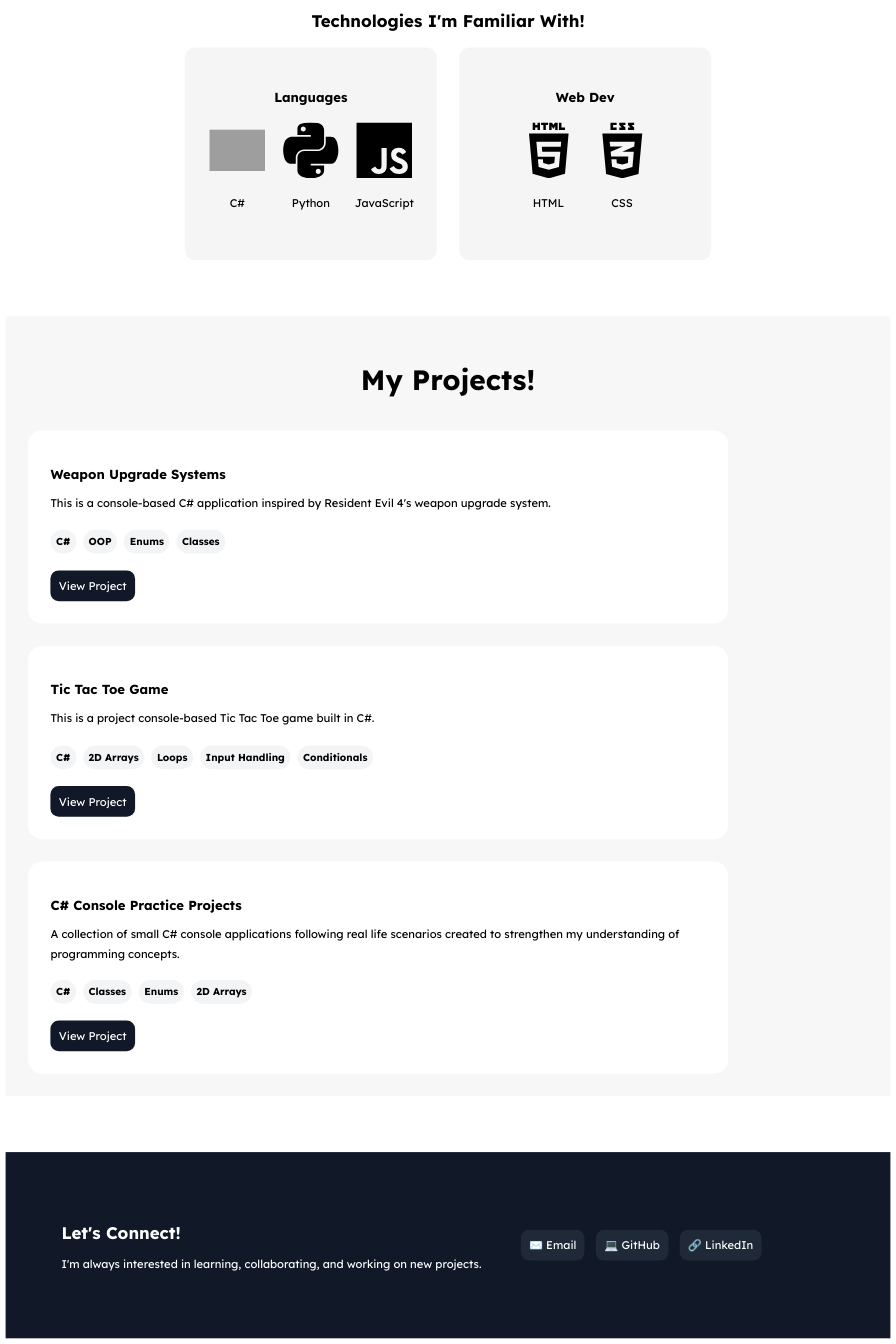
Repository: perrybalaba/perrybalaba
Page: index.html
The author's editor kept a copy of each file at every save. The page is drawn from the files as they stood at one save, then again after the next save.
The browser window is 1280 px wide. The pictures show the part of the page from y = 1207 to 3127 px (the page is 3127 px tall), at 70% of full size.
Pictures or frames that could not be fetched are drawn as grey boxes. A picture or video elsewhere on the page could not be fetched, so the positions and the page height are approximate. Some web fonts or font styles are not loaded; a fallback is used.

Above is the page before, as saved 2026-05-13 22:53:20.

After the next save:
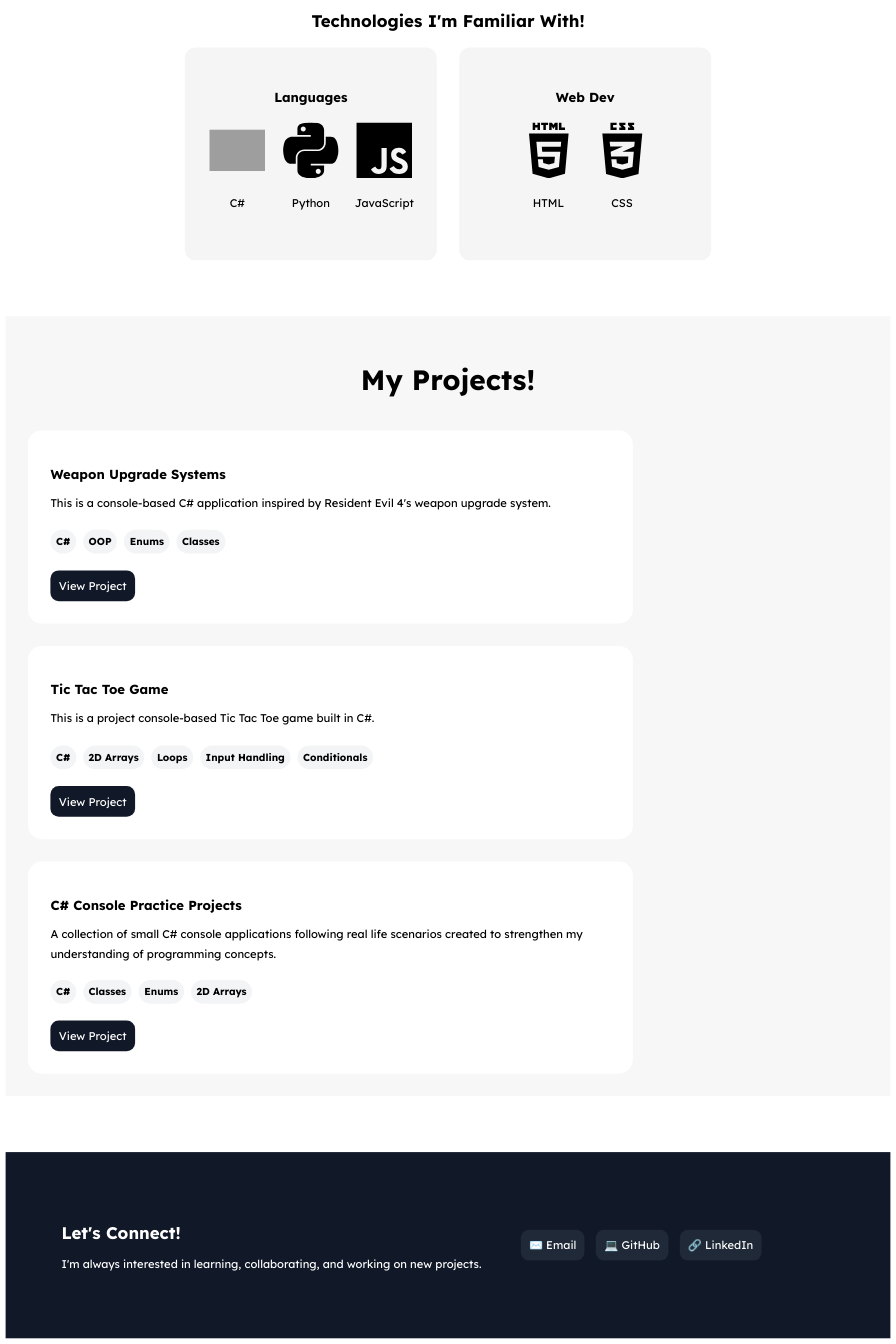
Saved 90 s later.
--- a/styles/globals.css
+++ b/styles/globals.css
@@ -118,8 +118,7 @@ main {
 
     /* SKILLS */
     .Project-Card {
-        display: flex;
-        align-items: center;
-        gap: 3rem;
+        max-width: 800px;
+        margin: 0;
     }
 }
